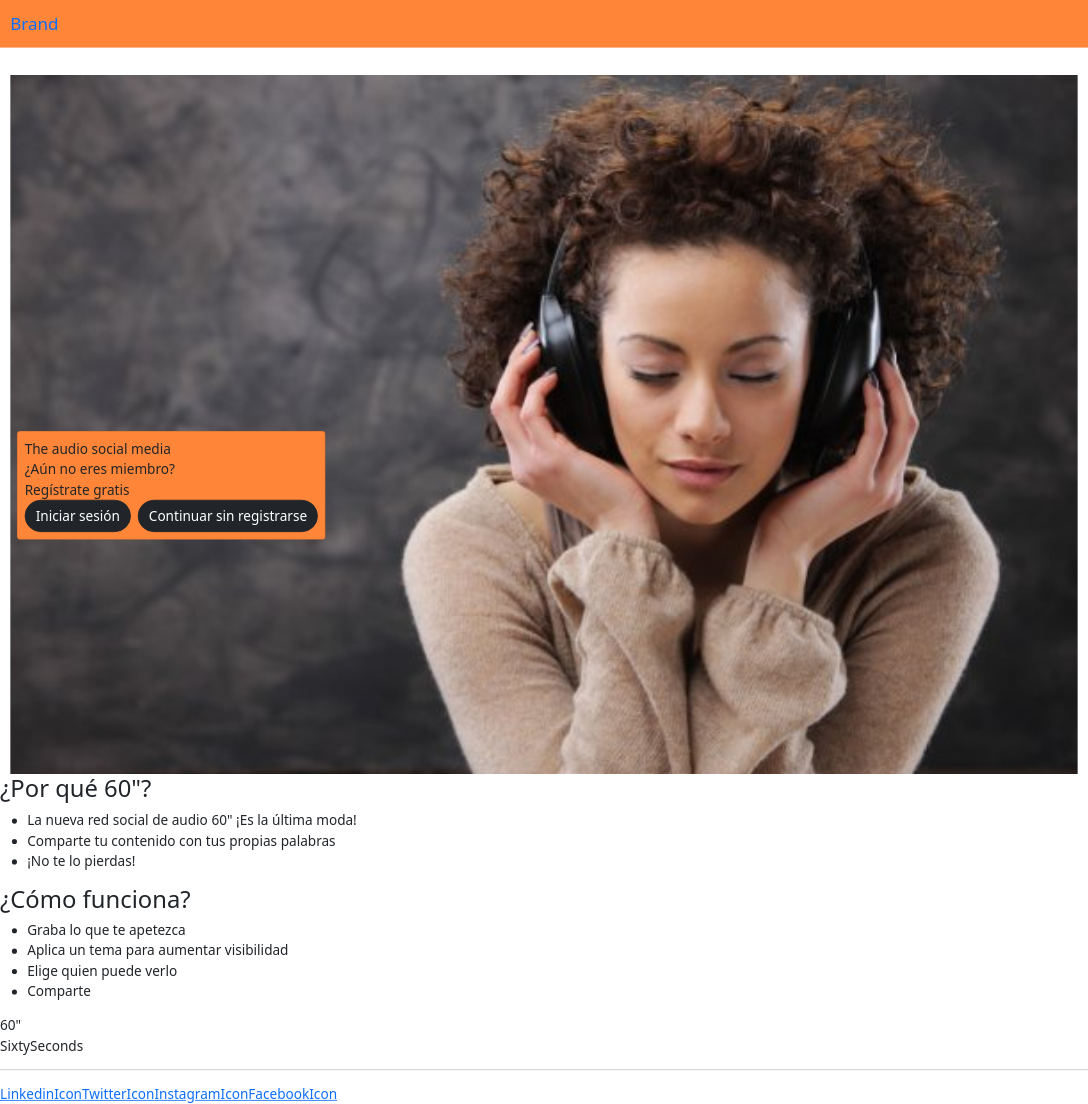
Repository: Zapulin/react-sixtySeconds-front
Page: /
The author's editor kept a copy of each file at every save. The page is drawn from the files as they stood at one save, then again after a run of saves.
The browser window is 1280 px wide. The pictures show the whole page, at 85% of full size.
The project was rebuilt for these pictures with package versions that can differ from the ones it lists, and the page was loaded fresh each time. Also part of the build but not shown: src/Components/Login.js, src/Components/Signup.js, src/Components/Publish.js, src/Components/Activity.js, src/Components/Navbar.js, src/Components/Categories.js, src/Components/IconProfile.js, src/Components/Recorder.js and 10 more. Imported but missing from the stored project, and not drawn on this page: src/Samples/AUDIOMP3.mp3, src/Samples/AUDIOOGG.ogg.

Above is the page before, as saved 2022-04-13 15:21:36.

### src/index.js
import React from 'react';
import ReactDOM from 'react-dom';
import App from './App';
import './index.css';
import 'bootstrap/dist/css/bootstrap.min.css';

ReactDOM.render(
  <React.StrictMode>
    <App />
  </React.StrictMode>,
  document.getElementById('root')
);

### src/App.js
import { BrowserRouter, Routes, Route } from 'react-router-dom';

//Pages
import Home from './Pages/Home';
import Feed from './Pages/Feed';
import User from './Pages/Profile';
import NotFound from './Pages/NotFound';

function App() {
  return (
    <BrowserRouter>
      <Routes>
        <Route path='/' element={<Home/>} />
        <Route path='/feed' element={<Feed/>} />
        <Route path='/profile/:id' element={<User/>} />
        <Route path='*' element={<NotFound/>} />
      </Routes>
    </BrowserRouter>
  );
}

export default App;

### src/Pages/Home.js
import top_image from "../Resources/images/top_image.svg";


//Components
import Footer from '../Components/Footer'
import NavbarHome from '../Components/NavbarHome'

function Home() {

  return (
    <>
    <NavbarHome/>
      <div className="container-fluid">
          <div className="position-relative">
            <img className="img-fluid" src={top_image} alt="" />
            <div className="card rounded m-2 p-2 position-absolute top-50" style={{background:'#FF8638'}}>
                 <span> The audio social media </span>
                 <span> ¿Aún no eres miembro? </span>
                 <span> Regístrate gratis </span>
                <div className="d-flex justify-content-between">
                    <button className="btn btn-dark rounded-pill"> Iniciar sesión</button>
                    <button className="btn btn-dark ms-2 rounded-pill"> Continuar sin registrarse </button>
                </div>
            </div>
        </div>
      </div>
      <div>
        <div>
            <h3>¿Por qué 60"?</h3>
            <ul>
                <li><span>La nueva red social de audio 60" ¡Es la última moda!</span></li>
                <li><span>Comparte tu contenido con tus propias palabras</span></li>
                <li><span>¡No te lo pierdas!</span></li>
            </ul>
        </div>
        <div>
            <h3>¿Cómo funciona?</h3>
            <ul>
                <li><span>Graba lo que te apetezca</span></li>
                <li><span>Aplica un tema para aumentar visibilidad</span></li>
                <li><span>Elige quien puede verlo</span></li>
                <li><span>Comparte</span></li>
            </ul>
        </div>
      </div>
      <Footer/>
    </>
  );
}

export default Home;

### src/Components/Footer.js

function Footer() {
  return (
  	<footer>
		<div className="circle">
			<span>60"</span><br /><span>SixtySeconds</span><br /><hr />
			<a href="https://www.linkedin.com" target="_blank">LinkedinIcon{ /* TODO: add linkedIn icon */ }</a>
			<a href="https://twitter.com" target="_blank">TwitterIcon{ /* TODO: add twitter icon */ }</a>
			<a href="https://www.instagram.com" target="_blank">InstagramIcon{ /* TODO: add instagram icon */ }</a>
			<a href="https://www.facebook.com" target="_blank">FacebookIcon{ /* TODO: add facebook icon */ }</a>
		</div>
	</footer>
  );
}

export default Footer;

### src/Components/NavbarHome.js
import "../stylesheets/NavbarHome.css";

function NavbarHome() {

	return (
    <>
    <nav className="navbar">
      <div className="container-fluid">
          {/* Logo - por ahora es un link  */}
        <a href="#" className="navbar-brand">
          Brand
        </a>
        <button
          type="button"
          className="navbar-toggler"
          data-bs-toggle="collapse"
          data-bs-target="#navbarCollapse1"
        >
          <i className="fa fa-bars"></i>
        </button>
        <div className="collapse navbar-collapse" id="navbarCollapse1">
          <div className="form my-2 my-lg-0 mx-auto">
            <input
              className="form-control mr-sm-2 rounded-pill"
              type="search"
              placeholder="Buscar..."
              aria-label="Search"
            />
          </div>
          {/* <div class="navbar-nav">
                  <a href="#" class="nav-item nav-link active">Home</a>
                  <a href="#" class="nav-item nav-link">About</a>
                  <a href="#" class="nav-item nav-link">Products</a>
              </div> */}
          {/* Buttons */}
          <div className="d-flex ms-auto gap-2">
            {/* <input type="text" class="form-control me-sm-2" placeholder="Search"/> */}
            <button type="button" className="btn btn-dark rounded-pill">
              Iniciar sesión
            </button>
            <button type="button" className="btn btn-dark rounded-pill">
              Registrarse
            </button>
          </div>
        </div>
      </div>
    </nav>

    <header className="p-3 text-white" id="navbar-color">
      <div className="row">
        {/* <ul class="nav col-12 col-lg-auto me-lg-auto mb-2 justify-content-center mb-md-0">

    <form class="col-12 col-lg-auto mb-3 mb-lg-0 me-lg-3">

    </form>
    </ul> */}
        <div className="col-5"></div>
        <div className="col-4"></div>

        <div className="col-3 d-lg-flex gap-2">
          {/* <button type="button" class="btn btn-dark rounded-pill">
                Iniciar sesión
              </button> */}

          {/* <button type="button" class="btn btn-dark rounded-pill">
                Registrarse
              </button> */}
        </div>
      </div>
    </header>
  </>

);
}

export default NavbarHome;

### src/stylesheets/NavbarHome.css
.bd-placeholder-img {
    font-size: 1.125rem;
    text-anchor: middle;
    -webkit-user-select: none;
    -moz-user-select: none;
    user-select: none;
  }

  @media (min-width: 768px) {
    .bd-placeholder-img-lg {
      font-size: 3.5rem;
    }
  }

  nav {
      background-color: #FF8638;
  }

  button {
    color: #403D3D;
  }

Loaded but not shown: public/index.html (common file); src/index.css (common file)

After the next 2 saves:
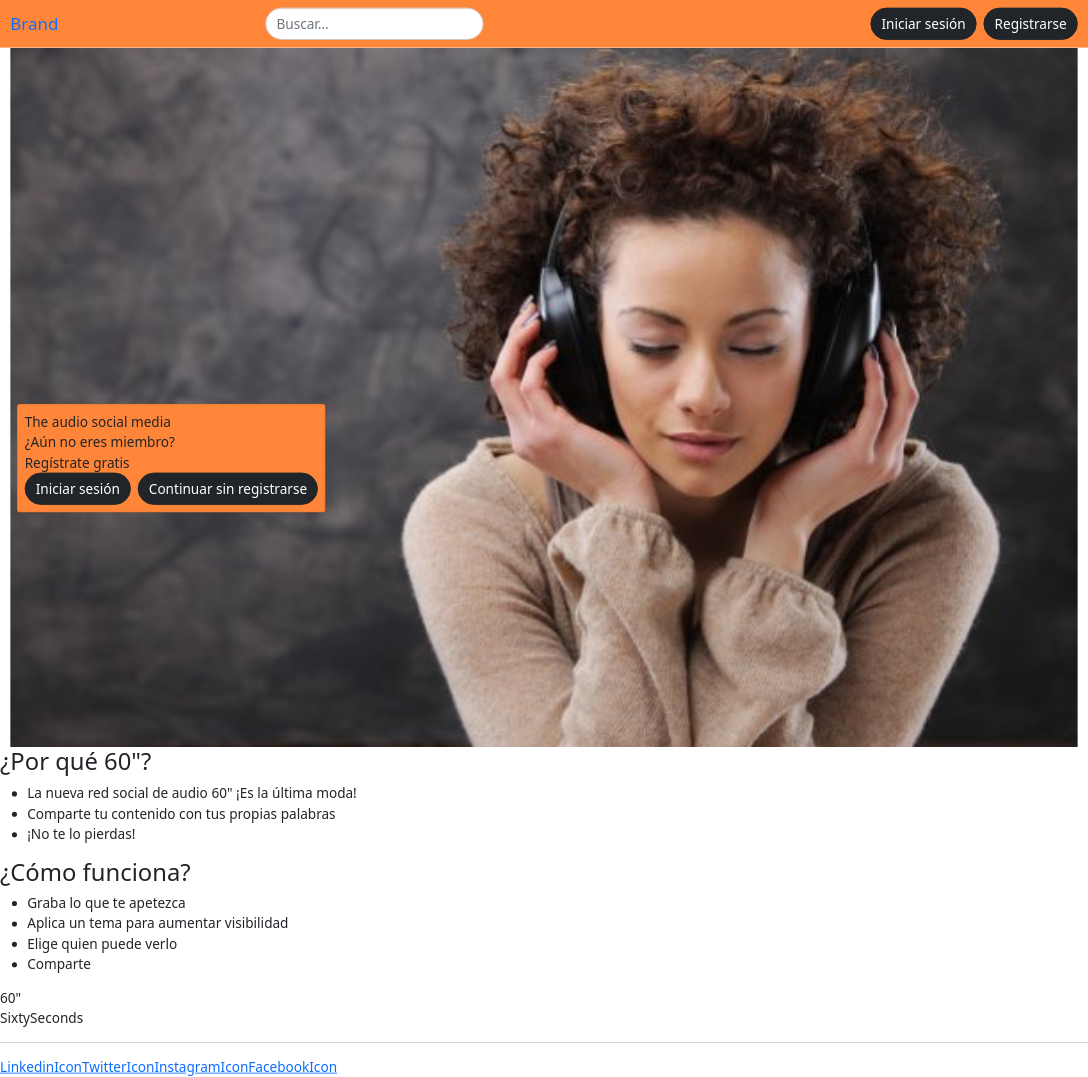
The 2 saves are shown as one change because they came seconds apart.
The last was saved 8 s later.
--- a/src/Components/NavbarHome.js
+++ b/src/Components/NavbarHome.js
@@ -3,8 +3,9 @@ import "../stylesheets/NavbarHome.css";
 function NavbarHome() {
 
 	return (
+
     <>
-    <nav className="navbar">
+    <nav className="navbar navbar-expand-lg">
       <div className="container-fluid">
           {/* Logo - por ahora es un link  */}
         <a href="#" className="navbar-brand">
@@ -46,7 +47,7 @@ function NavbarHome() {
       </div>
     </nav>
 
-    <header className="p-3 text-white" id="navbar-color">
+    <header className="text-white" id="navbar-color">
       <div className="row">
         {/* <ul class="nav col-12 col-lg-auto me-lg-auto mb-2 justify-content-center mb-md-0">
 
@@ -69,7 +70,6 @@ function NavbarHome() {
       </div>
     </header>
   </>
-
 );
 }
 
